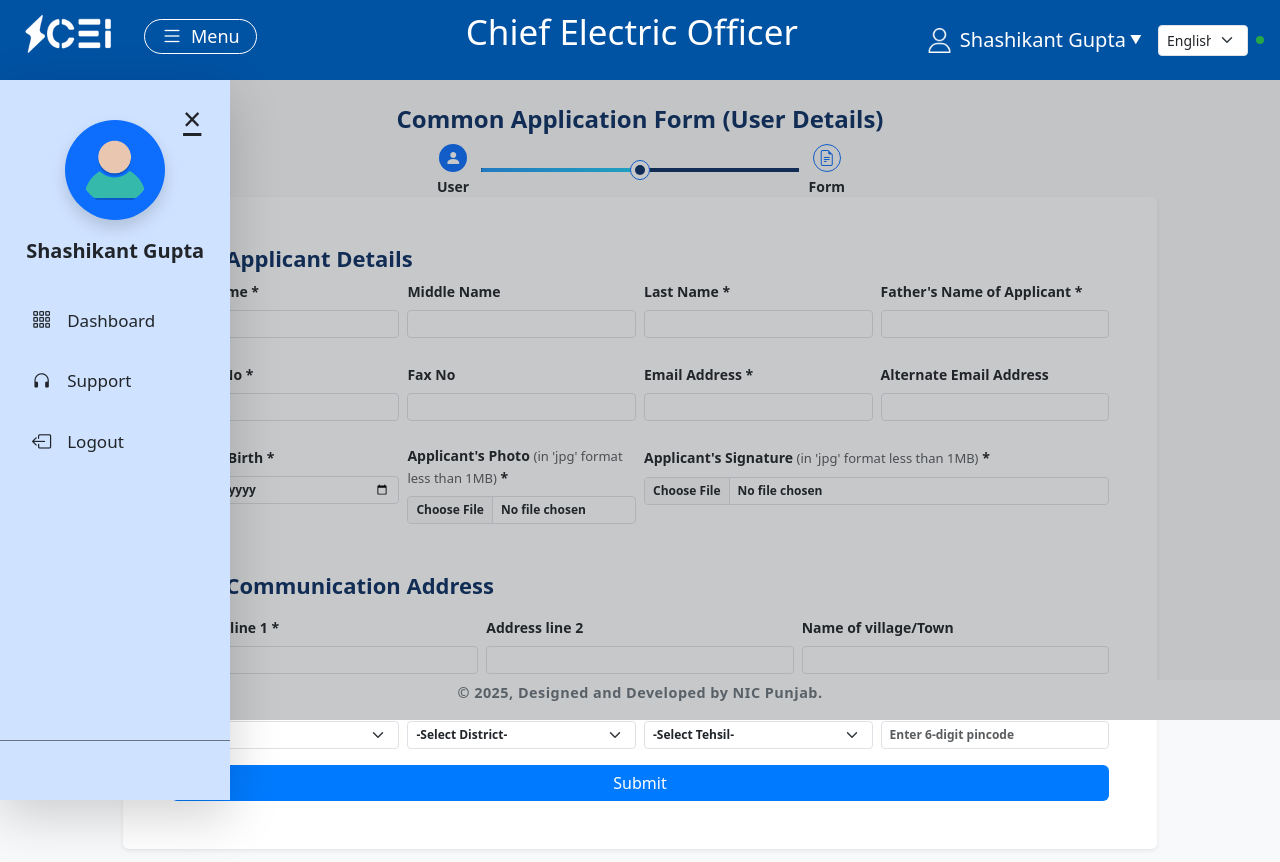
Repository: shashikantdev93-gif/CEI-sept
Page: /RegisterationForm, after clicking the first element matching `button.btn`
The author's editor kept a copy of each file at every save. The page is drawn from the files as they stood at one save, then again after the next save.
The browser window is 1280 px wide. The pictures show the whole page.
The page's requests for data from a server got no answer. The project was rebuilt for these pictures with package versions that can differ from the ones it lists, and the page was loaded fresh each time. No one was signed in, and anything a server would have sent is missing. Also part of the build but not shown: vite.config.ts, src/components/PageComponent/Header2.tsx, src/components/PageComponent/PageHeader.tsx, src/components/Illustration/Illustration.tsx, src/components/CardContainer/CardContainer.tsx, src/hooks/useFormValidation.ts, src/hooks/useCaptcha.ts, src/hooks/useSignupValidation.ts and 6 more. Imported but missing from the stored project, and not drawn on this page: src/components/ui.

Above is the page before, as saved 2025-07-28 08:46:42.

### src/index.css
:root {
  font-family: Inter, -apple-system, BlinkMacSystemFont, "Segoe UI", Roboto, "Helvetica Neue", Arial, sans-serif, "Apple Color Emoji", "Segoe UI Emoji", "Segoe UI Symbol";
  line-height: 1.5;
  font-weight: 400;

  color-scheme: light dark;
  color: rgba(255, 255, 255, 0.87);
  background-color: #242424;

  font-synthesis: none;
  text-rendering: optimizeLegibility;
  -webkit-font-smoothing: antialiased;
  -moz-osx-font-smoothing: grayscale;
}

a {
  font-weight: 500;
  color: #646cff;
  text-decoration: inherit;
}
a:hover {
  color: #535bf2;
}

/* Global Reset */
*, *::before, *::after {
  margin: 0;
  padding: 0;
  box-sizing: border-box;
}

html, body {
  margin: 0;
  padding: 0;
  width: 100%;
  height: 100%;
}

body {
  margin: 0;
  padding: 0;
}

h1 {
  font-size: 3.2em;
  line-height: 1.1;
}

button {
  border-radius: 8px;
  border: 1px solid transparent;
  padding: 0.6em 1.2em;
  font-size: 1em;
  font-weight: 500;
  font-family: inherit;
  background-color: #1a1a1a;
  cursor: pointer;
  transition: border-color 0.25s;
}
button:hover {
  border-color: #646cff;
}
button:focus,
button:focus-visible {
  outline: 4px auto -webkit-focus-ring-color;
}

@media (prefers-color-scheme: light) {
  :root {
    color: #213547;
    background-color: #ffffff;
  }
  a:hover {
    color: #747bff;
  }
  button {
    background-color: #f9f9f9;
  }
}

### src/App.tsx
import Router from "./router/router";
import './App.css'
import './styles/main.css'
import "bootstrap-icons/font/bootstrap-icons.css";

function App() {

  return <Router />;

}

export default App

### src/router/router.tsx

import { BrowserRouter as Router, Routes, Route } from "react-router-dom";
import BaseLayout from "../layouts/BaseLayout";
import Login from "../pages/login/login";
import Signup from "../pages/signup/signup";
import Register from "../pages/register/register";


const RouterPage = () => (
  <Router>
    <Routes>
      <Route path="/" element={<Login />} />
      <Route path="/login" element={<Login />} />
      <Route path="/signup" element={<Signup />} />
      <Route
        path="/RegisterationForm"
        element={
          <BaseLayout headerType="Header1">
            <Register />
          </BaseLayout>
        }
      />
    </Routes>
  </Router>
);

export default RouterPage;

### src/App.css
#root {
  margin: 0;
  padding: 0;
  width: 100%;
  height: 100%;
}

.logo {
  height: 6em;
  padding: 1.5em;
  will-change: filter;
  transition: filter 300ms;
}
.logo:hover {
  filter: drop-shadow(0 0 2em #646cffaa);
}
.logo.react:hover {
  filter: drop-shadow(0 0 2em #61dafbaa);
}

@keyframes logo-spin {
  from {
    transform: rotate(0deg);
  }
  to {
    transform: rotate(360deg);
  }
}

@media (prefers-reduced-motion: no-preference) {
  a:nth-of-type(2) .logo {
    animation: logo-spin infinite 20s linear;
  }
}

.card {
  padding: 2em;
}

.read-the-docs {
  color: #888;
}

### src/layouts/BaseLayout.tsx
import React from 'react';
import Header1 from '../components/PageComponent/Header1';
import Header2 from '../components/PageComponent/Header2';

type HeaderType = 'Header1' | 'Header2' | 'none';

interface BaseLayoutProps {
  headerType?: HeaderType;
  children: React.ReactNode;
}

const BaseLayout: React.FC<BaseLayoutProps> = ({ headerType = 'Header1', children }) => {
  const headers: Record<Exclude<HeaderType, 'none'>, React.ReactElement> = {
    Header1: <Header1 />,
    Header2: <Header2 />,
  };

  return (
    <>
      {headerType !== 'none' && headers[headerType]}
      <main>{children}</main>
    </>
  );
};

export default BaseLayout;

### src/components/Logo/Logo.tsx
import React from "react";

interface LogoProps {
  title?: string;
  subtitle?: string;
  titleColor?: string;
}

const Logo: React.FC<LogoProps & { subtitleColor?: string }> = ({
  title = "Chief Electric ",
  subtitle = "Inspector",
  titleColor = "#0c3064",
  subtitleColor = "#0c3064",
}) => {
  return (
    <div className="mb-4 d-flex align-items-center">
      <img
        src="/assets/images/cei_logo.jpg"
        alt="Logo"
        style={{ height: "40px", width: "90px", marginTop: "20px", marginLeft: "8px" }}
      />
      <span className="fw-bold" style={{ fontSize: "27px", height: "30px", marginTop: "10px", marginLeft: "25px", color: titleColor, whiteSpace: "nowrap" }}>
        {title} <span style={{ color: subtitleColor }}>{subtitle}</span>
      </span>
    </div>
  );
};

export default Logo;

### src/components/Footer/Footer.tsx
import React from "react";

interface FooterProps {
  text?: string;
}

const Footer: React.FC<FooterProps> = ({
  text = "© 2025, Designed and Developed by NIC Punjab."
}) => {
  return (
    <div className="position-fixed bottom-0 w-100 text-center pb-3 bg-white" style={{ left: 0 }}>
      <span style={{ fontSize: '.9em', fontWeight: 800, color: '#6c757d', letterSpacing: '0.5px' }}>
        {text}
      </span>
    </div>
  );
};

export default Footer;

### src/components/PageComponent/Sidebar.tsx
"use client";
import '../../styles/sidebar-zoom.css';
import React from 'react';

interface SidebarProps {
  isOpen: boolean;
  onClose: () => void;
  onLogout: () => Promise<void>;
}

const user = {
  name: 'Shashikant Gupta',
  profileImg: '/assets/images/user-png-33857.png',
};

const Sidebar: React.FC<SidebarProps> = ({ isOpen, onClose, onLogout }) => {
  const handleLogoutClick = async () => {
    onClose();
    await onLogout();
  };

  return (
    <>
      {/* Overlay */}
      <div
        className={`position-fixed top-0 start-0 w-100 h-100 bg-dark bg-opacity-25 ${isOpen ? '' : 'd-none'}`}
        style={{ zIndex: 1000 }}
        onClick={onClose}
      ></div>

      {/* Sidebar */}
      <aside
        className={`position-fixed start-0 h-100 text-dark shadow-lg d-flex flex-column`}
        style={{
          top: '80px',
          height: 'calc(100vh - 80px)',
          width: '18vw',
          maxWidth: 320,
          backgroundColor: '#cfe2ff',
          transform: isOpen ? 'translateX(0)' : 'translateX(-100%)',
          transition: 'transform 0.3s',
          zIndex: 1001,
        }}
      >
        {/* Close Button */}
        <button
          className="btn btn-link text-dark fs-2 position-absolute top-0 end-0 mt-2 me-3"
          onClick={onClose}
          style={{ zIndex: 1002 }}
        >
          ×
        </button>

        {/* Profile Section */}
        <div className="d-flex flex-column align-items-center mt-3 py-4">
          <div className="rounded-circle bg-primary shadow d-flex align-items-center justify-content-center mb-2" style={{ width: 100, height: 100 }}>
            <img
              src={user.profileImg}
              alt="User Profile"
              width={70}
              height={70}
              className="rounded-circle"
              style={{ objectFit: 'cover', background: 'transparent' }}
            />
          </div>
          <div className="fw-semibold text-dark mt-2" style={{ fontSize: 20 }}>
            {user.name}
          </div>
        </div>

        {/* Menu Section */}
        <div className="flex-grow-1 px-3">
          {/* Dashboard */}
          <div className="d-flex align-items-center gap-3 px-3 py-3 rounded bg-transparent menu-item sidebar-zoom-text">
            <i className="bi bi-grid-3x3-gap" style={{ fontSize: '1.2rem' }}></i>
            <span className="fw-medium" style={{ fontSize: 17 }}>Dashboard</span>
          </div>

          {/* Support */}
          <div className="d-flex align-items-center gap-3 px-3 py-3 rounded bg-transparent menu-item sidebar-zoom-text">
            <i className="bi bi-headphones" style={{ fontSize: '1.2rem' }}></i>
            <span className="fw-medium" style={{ fontSize: 17 }}>Support</span>
          </div>

          {/* Logout */}
          <div
            className="d-flex align-items-center gap-3 px-3 py-3 rounded bg-transparent menu-item sidebar-zoom-text"
            style={{ cursor: 'pointer' }}
            onClick={handleLogoutClick}
          >
            <i className="bi bi-box-arrow-left" style={{ fontSize: '1.2rem' }}></i>
            <span className="fw-medium" style={{ fontSize: 17 }}>Logout</span>
          </div>
        </div>

        {/* Bottom Row */}
        <div className="d-flex align-items-center border-top border-secondary px-3" style={{ height: 60 }}>
          {/* Add any bottom content here */}
        </div>
      </aside>
    </>
  );
};

export default Sidebar;

### src/utils/index.ts
export { default as authService } from './authService';
export * from './validators';
export * from './navigation';

### src/styles/sidebar-zoom.css
/* Sidebar text zoom effect */
.sidebar-zoom-text {
  transition: transform 0.2s cubic-bezier(0.4,0,0.2,1);
  display: inline-block;
}
.sidebar-zoom-text:hover {
  transform: scale(1.15);
}

### src/lib/index.ts
export { default as encryptionService } from './encryptionService';
export { default as API_CONFIG } from './config';

### src/utils/validators.ts

export interface ValidationResult {
  isValid: boolean;
  error?: string;
}

export class FormValidators {

  static required(value: string): ValidationResult {
    if (!value || value.trim().length === 0) {
      return {
        isValid: false,
        error: 'This field is required',
      };
    }
    return { isValid: true };
  }

static minLength(value: string, min: number): ValidationResult {
    if (value.length < min) {
      return {
        isValid: false,
        error: `Minimum length is ${min} characters`,
      };
    }
    return { isValid: true };
  }

static maxLength(value: string, max: number): ValidationResult {
    if (value.length > max) {
      return {
        isValid: false,
        error: `Maximum length is ${max} characters`,
      };
    }
    return { isValid: true };
  }

static email(value: string): ValidationResult {
    const emailRegex = /^[^\s@]+@[^\s@]+\.[^\s@]+$/;
    if (!emailRegex.test(value)) {
      return {
        isValid: false,
        error: 'Please enter a valid email address',
      };
    }
    return { isValid: true };
  }

static noSpaces(value: string): ValidationResult {
    const hasSpace = /\s/.test(value);
    if (hasSpace) {
      return {
        isValid: false,
        error: 'Spaces are not allowed',
      };
    }
    return { isValid: true };
  }

static username(value: string): ValidationResult {
    const requiredCheck = this.required(value);
    if (!requiredCheck.isValid) return requiredCheck;

    const minLengthCheck = this.minLength(value, 3);
    if (!minLengthCheck.isValid) return minLengthCheck;

    return { isValid: true };
  }

static password(value: string): ValidationResult {
    const requiredCheck = this.required(value);
    if (!requiredCheck.isValid) return requiredCheck;

    const minLengthCheck = this.minLength(value, 6);
    if (!minLengthCheck.isValid) return minLengthCheck;

    return { isValid: true };
  }

static captcha(value: string): ValidationResult {
    const requiredCheck = this.required(value);
    if (!requiredCheck.isValid) return requiredCheck;

    const lengthCheck = this.minLength(value, 4);
    if (!lengthCheck.isValid) return lengthCheck;

    const maxLengthCheck = this.maxLength(value, 4);
    if (!maxLengthCheck.isValid) return maxLengthCheck;

    return { isValid: true };
  }
}

### src/utils/navigation.ts

import type{ RoleName } from '../types';
import toast from 'react-hot-toast';

export class NavigationService {

  static getDashboardRoute(roleName: RoleName): string {
    let route: string;

    switch (roleName) {
      case 'CONS':
        route = '/dashboard';
        break;
      case 'XEN':
      case 'SUPP':
      case 'SDO':
      case 'CEI':
      case 'SUPT':
      case 'NDOF':
      case 'CLRK':
        route = '/dashboard/officer-dashboard';
        break;
      case 'ADMN':
        route = '/dashboard/admin-dashboard';
        break;
      case 'LICS':
        route = '/dashboard/license-dashboard';
        break;
      default:
        route = '/dashboard';
        break;
    }

    return route;
  }

static checkUserProfileStatus(userProfileId: string, projectSiteId: string, roleName: RoleName): string | null {
    console.log('NavigationService.checkUserProfileStatus called with:');
    console.log('  - userProfileId:', userProfileId, 'type:', typeof userProfileId);
    console.log('  - projectSiteId:', projectSiteId, 'type:', typeof projectSiteId);
    console.log('  - roleName:', roleName);

    // Only redirect to registration form if userProfileId is "0"
    if (userProfileId === "0") {
      const route = '/CommonApplicationFormUserDetails';
      console.log('NavigationService - userProfileId is "0", returning registration route:', route);
      return route;
    }

    if (userProfileId !== "0" && projectSiteId === "0") {
      const route = '/CommonApplicationFormEstablished';
      console.log('NavigationService - userProfileId filled but projectSiteId is "0", returning established form route:', route);
      return route;
    }

    // For all other cases, return null to allow normal navigation
    console.log('NavigationService - userProfileId is not "0", allowing normal navigation');
    return null;
  }
}
export class ToastService {
  static success(message: string): void {
    toast.success(message, {
      duration: 3000,
      position: 'top-right',
    });
  }

  static error(message: string): void {
    toast.error(message, {
      duration: 4000,
      position: 'top-right',
    });
  }

  static warning(message: string): void {
    toast(message, {
      icon: '⚠️',
      duration: 3000,
      position: 'top-right',
    });
  }

  static info(message: string): void {
    toast(message, {
      icon: 'ℹ️',
      duration: 3000,
      position: 'top-right',
    });
  }
}

### src/lib/encryptionService.ts
import * as forge from 'node-forge';
import * as CryptoJS from 'crypto-js';

class EncryptionService {
  private publicKeyPem: string;
  private ki: string;
  private iv: string;

  constructor() {
    this.publicKeyPem = `-----BEGIN PUBLIC KEY-----
MIIBIjANBgkqhkiG9w0BAQEFAAOCAQ8AMIIBCgKCAQEAwjsOR/w7ExDCRyZyrGVW
xkiJDBaIoNHYABOnpctmmcKA+G0oEWsBhOsmI98Tsx6w47Bwokc43aulzyw2phiV
h0+lU+kno9mnrxzfRCJWwknK7tfkY2ZfkizyLJZQljqX4o7r14y5BAEMgUWiN3Xt
Vrs0fgyw954To+G/803gsaaodbr4CVUDOaLnWAn3mjSKLfU3cK9Bug59AObhcwsM
lVKA72JF2wC4IERMGgCbRjgISSjpLmaEmF8IOLfFneQY+8QDlu80ob7mA/JV74dD
vr7UlGZ+bwKx6rz7Mg7nWRUvgR5RKsZh/muyeVi4pBwuAlehblQ9FnjR6YM/4eB1
+QIDAQAB
-----END PUBLIC KEY-----`;

    this.ki = 'ruX(aPP4X1sL9LnvA2M^a$K17mKZS6LC';
    this.iv = 'VcHa4Mn*gUvDujnN';
  }

setForm(data: string): { encryptedData1: string, encryptedData2: string, encryptedData3: string } {
    const aesKey = forge.random.getBytesSync(32);
    const iv = forge.random.getBytesSync(16);
    const cipher = forge.cipher.createCipher('AES-CBC', aesKey);
    cipher.start({ iv: iv });
    cipher.update(forge.util.createBuffer(data, 'utf8'));
    cipher.finish();
    const encryptedData1 = forge.util.encode64(cipher.output.getBytes());
    const rsa = forge.pki.publicKeyFromPem(this.publicKeyPem);
    const encryptedData2 = forge.util.encode64(rsa.encrypt(aesKey, 'RSA-OAEP', { md: forge.md.sha256.create() }));
    const encryptedData3 = forge.util.encode64(iv);
    const result = { encryptedData1, encryptedData2, encryptedData3 };
    return result;
  }

set(value: string): string {
    const key = CryptoJS.enc.Utf8.parse(this.ki);
    const iv = CryptoJS.enc.Utf8.parse(this.iv);
    const encrypted = CryptoJS.AES.encrypt(
      CryptoJS.enc.Utf8.parse(value.toString()),
      key,
      {
        keySize: 128 / 8,
        iv: iv,
        mode: CryptoJS.mode.CBC,
        padding: CryptoJS.pad.Pkcs7,
      }
    );

    const result = encrypted.toString();
    return result;
  }

get(value: string): string {
    const key = CryptoJS.enc.Utf8.parse(this.ki);
    const iv = CryptoJS.enc.Utf8.parse(this.iv);
    const decrypted = CryptoJS.AES.decrypt(value, key, {
      keySize: 128 / 8,
      iv: iv,
      mode: CryptoJS.mode.CBC,
      padding: CryptoJS.pad.Pkcs7,
    });

    const result = decrypted.toString(CryptoJS.enc.Utf8);
    return result;
  }

decrypt(value: string): string {
    return this.get(value);
  }

encrypt(value: string): string {
    return this.set(value);
  }

debugEncryption = (value: string) => {
const encrypted = this.set(value);
console.log('🔐 [ENCRYPTION-DEBUG] Input:', value);
console.log('🔐 [ENCRYPTION-DEBUG] Output:', encrypted);
console.log('🔐 [ENCRYPTION-DEBUG] Output length:', encrypted.length);
console.log('🔐 [ENCRYPTION-DEBUG] Contains Base64 chars:', /[+/=]/.test(encrypted));
return encrypted;
};

}


const encryptionService = new EncryptionService();

export default encryptionService;

### src/lib/config.ts

const API_CONFIG = {
  BASE_URL: import.meta.env.VITE_API_URL || 'http://localhost:5143/api',

  ENDPOINTS: {
    AUTH: {
      LOGIN: '/Auth/Login',
      CAPTCHA: '/Auth/GetCaptchaImage',
      LOGOUT: '/Auth/Logout',
      REFRESH_TOKEN: '/Auth/RefreshToken',
    },
    USER: {
      PROFILE: '/User/Profile',
      UPDATE_PROFILE: '/User/UpdateProfile',
    },
  },

  TIMEOUT: 30000,

  DEFAULT_HEADERS: {
    'Content-Type': 'application/json',
    'Accept': 'application/json',
  },
};

export default API_CONFIG;

Loaded but not shown: index.html (common file); src/main.tsx (common file); src/pages/register/register.tsx (298 lines, source omitted); src/lib/interceptor.ts (340 lines, source omitted); src/hooks/useAuth.ts (214 lines, source omitted); src/styles/main.css (310 lines, source omitted); src/utils/authService.ts (191 lines, source omitted); src/components/PageComponent/Header1.tsx (133 lines, source omitted)

After the next save:
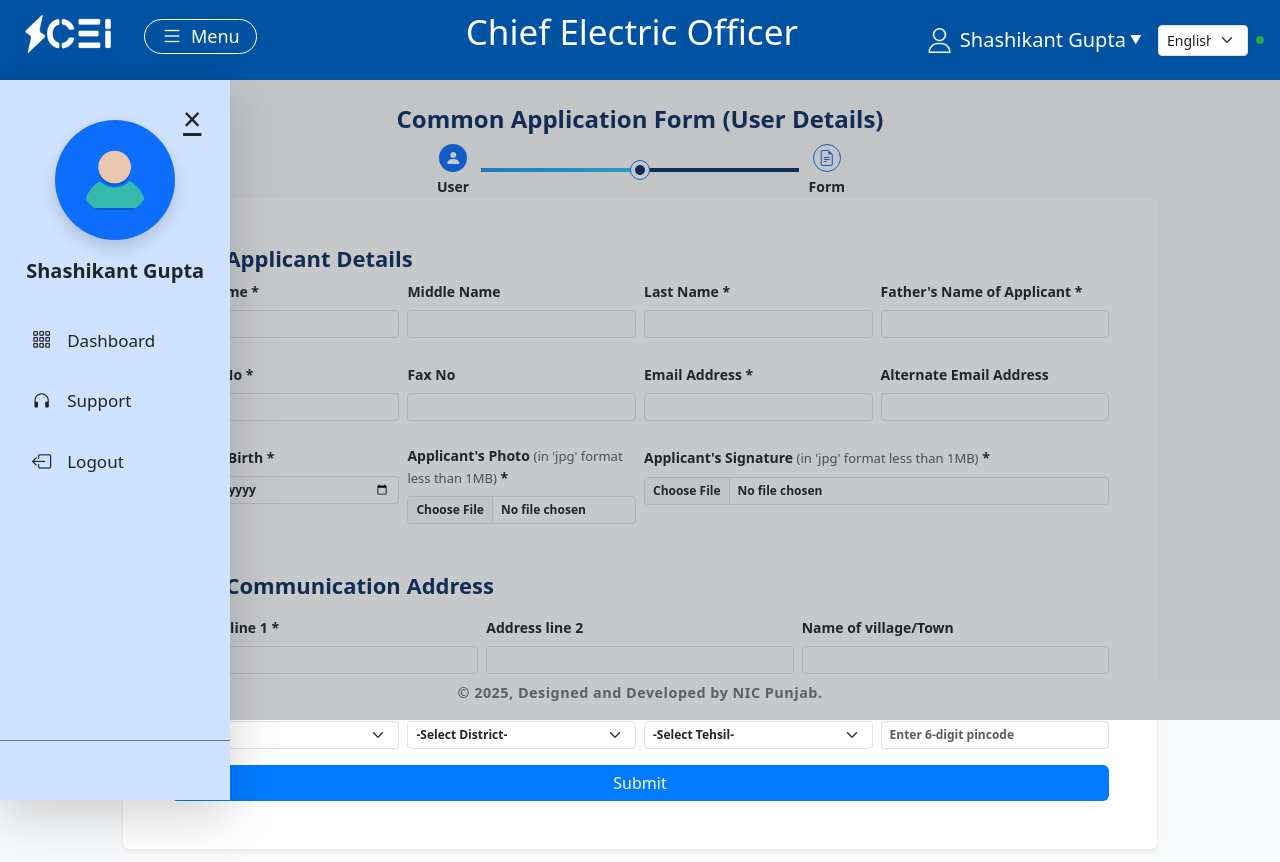
Saved 8 s later.
--- a/src/components/PageComponent/Sidebar.tsx
+++ b/src/components/PageComponent/Sidebar.tsx
@@ -53,7 +53,7 @@
 
         {/* Profile Section */}
         <div className="d-flex flex-column align-items-center mt-3 py-4">
-          <div className="rounded-circle bg-primary shadow d-flex align-items-center justify-content-center mb-2" style={{ width: 100, height: 100 }}>
+          <div className="rounded-circle bg-primary shadow d-flex align-items-center justify-content-center mb-2" style={{ width: 120, height: 120 }}>
             <img
               src={user.profileImg}
               alt="User Profile"

After the save that followed:
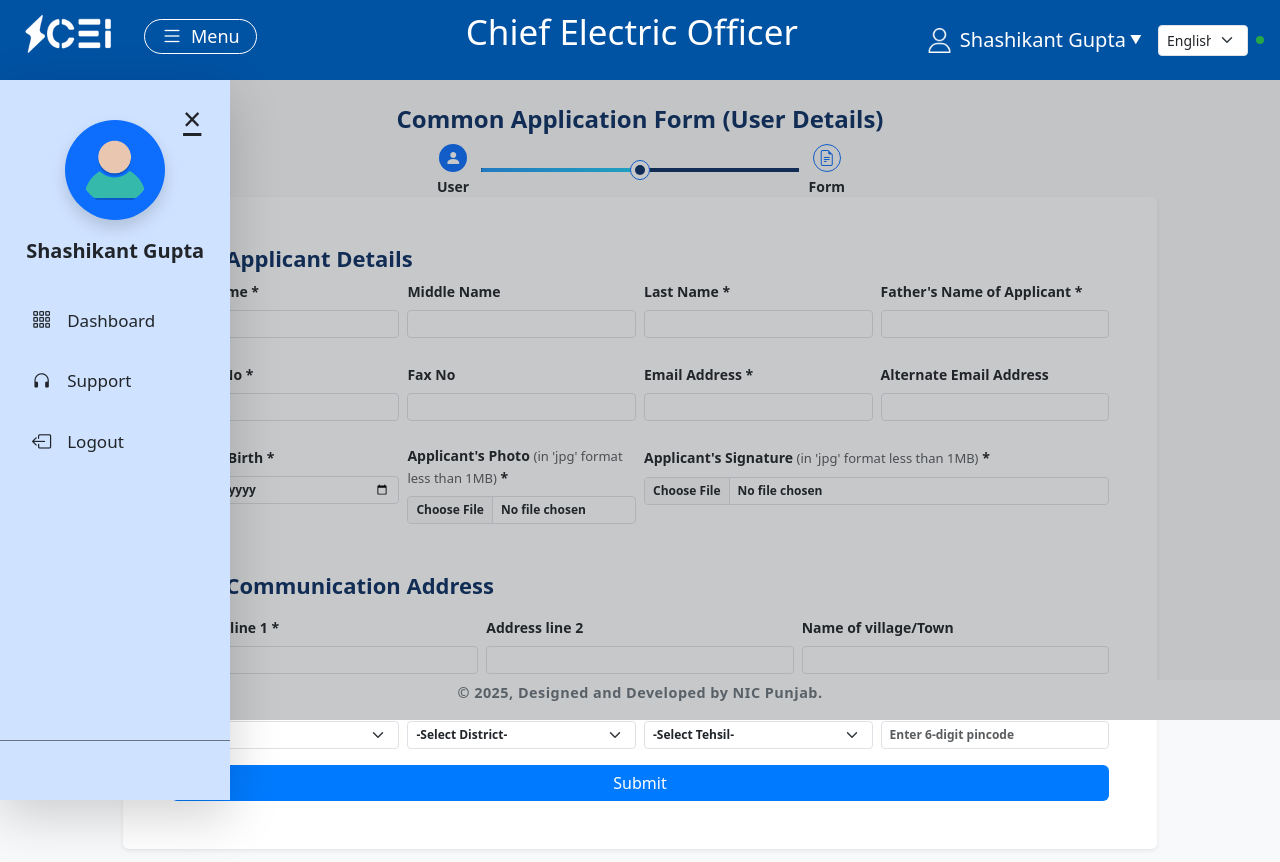
Saved 13 s later.
--- a/src/components/PageComponent/Sidebar.tsx
+++ b/src/components/PageComponent/Sidebar.tsx
@@ -53,7 +53,7 @@
 
         {/* Profile Section */}
         <div className="d-flex flex-column align-items-center mt-3 py-4">
-          <div className="rounded-circle bg-primary shadow d-flex align-items-center justify-content-center mb-2" style={{ width: 120, height: 120 }}>
+          <div className="rounded-circle bg-primary shadow d-flex align-items-center justify-content-center mb-2" style={{ width: 100, height: 100 }}>
             <img
               src={user.profileImg}
               alt="User Profile"
